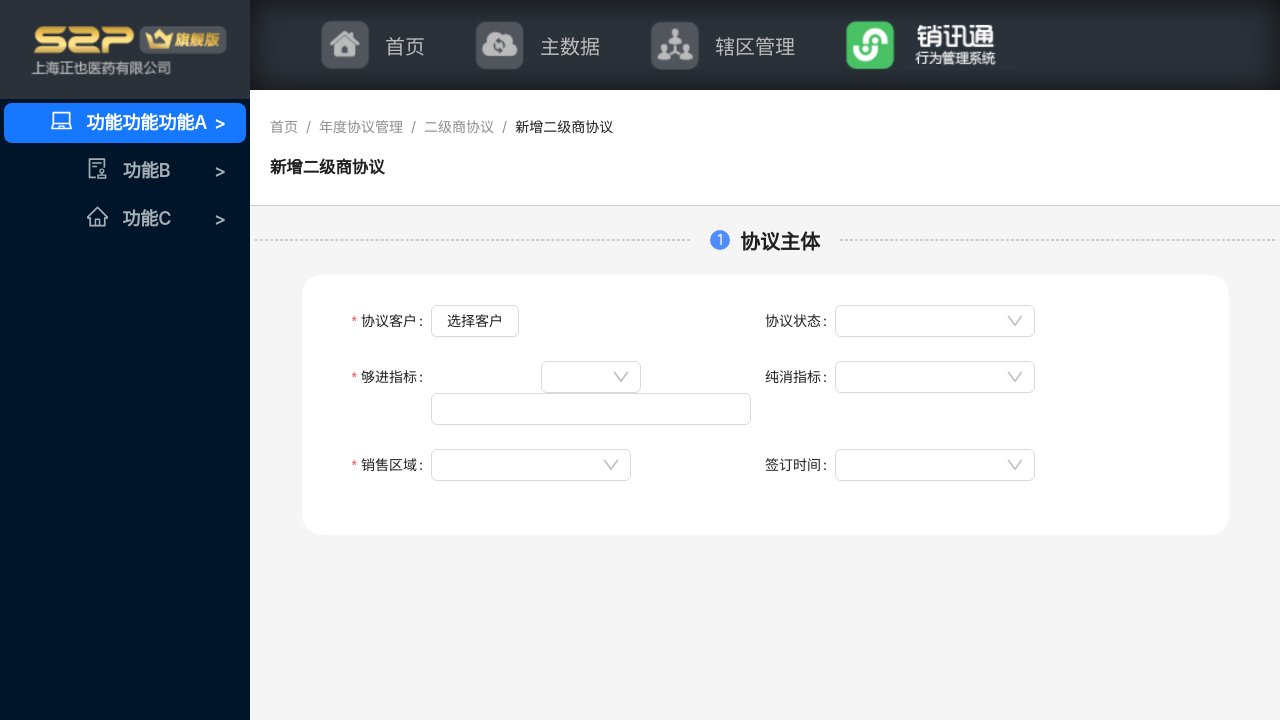
Repository: XiChips/questionB
Page: /
These files come from the project's save history. The page is drawn as it stood at one moment and after the next save; the edit follows.
The browser window is 1280 px wide. The pictures show the whole page.
The project was rebuilt for these pictures with package versions that can differ from the ones it lists, and the page was loaded fresh each time. Also part of the build but not shown: vue.config.js.

Above is the page before, as saved 2024-02-28 12:09:06.

### src/main.js
import { createApp } from 'vue'
import App from './App.vue'
import router from './router'
import store from './store'
import { setupAntd } from './ant-design-vue/index'
import { message } from "ant-design-vue";
import './assets/css/index.css'
// import axios from "axios";
// moment.locale('zh-cn')
const app = createApp(App)
setupAntd(app)
// app.use(Button).use(Layout)
app.use(store).use(router).mount('#app')



// app.config.globalProperties.$axios = axios
app.config.globalProperties.$message = message

### src/router/index.js
import { createRouter, createWebHashHistory } from 'vue-router'

const routes = [
  {
    path: '/',
    name: 'home',
    component: () => import('../views/home.vue')
  },
  {
    path: '/about',
    name: 'about',

    component: () => import('../views/AboutView.vue')
  }
]

const router = createRouter({
  history: createWebHashHistory(),
  routes
})

export default router

### src/ant-design-vue/index.js
import { Button, Layout, Image, Form, Checkbox,Radio, Input, Popover, Menu, Drawer, Breadcrumb, Typography, message, Divider, Table, DatePicker, Popconfirm, Space, InputNumber, Select, PageHeader, Steps, Statistic, Transfer, Upload, Switch, Modal, Tabs } from 'ant-design-vue';

// import 'ant-design-vue/dist/antd.min.css'

const components = [
    Button,
    Layout,
    Form,
    Input,
    Menu,
    Breadcrumb,
    Table,
    Popconfirm,
    Select,
    PageHeader,
    Steps,
    Transfer,
    Upload,
    Switch,
    Modal,
    Tabs,
    Statistic,
    InputNumber,
    Space,
    DatePicker,
    Divider,
    Image,
    Typography,
    Drawer,
    Popover,
    Radio,
    Checkbox
]

export function setupAntd(app) {
    components.forEach(component => {
        app.use(component)
    })
    app.config.globalProperties.$message = message
}

### src/assets/css/index.css
body {
    margin: 0;
}

.logo img {
    width: 100%;
}

:where(.css-dev-only-do-not-override-1hsjdkk).ant-menu-dark {
    background-color: rgb(42, 49, 57);
}

.ant-menu .anticon {
    margin-right: 10px;
    font-size   : 18px;
}


.ant-upload-select-picture-card i {
    font-size: 32px;
    color    : #999;
}

.ant-upload-select-picture-card .ant-upload-text {
    margin-top: 8px;
    color     : #666;
}

.ant-upload-list-picture-card .ant-upload-list-item:hover .ant-upload-list-item-info:before {
    left: 0;
}

.ant-page-header {
    background: #fff;
}

.ant-page-header.has-breadcrumb {
    padding: 5px 24px;
}

.ant-menu {
    font-size  : 18px;
    font-weight: 600;
}

.ant-tabs-tab span {
    color      : #000;
    font-weight: bold;
    display    : inline-block;
}


.ant-upload-list-picture-card .ant-upload-list-item-info:before {
    left: 0
}

hr {
    width       : 90%;
    margin      : 0 auto;
    border-color: #99999910;
}

.title {
    background-color: rgb(42, 49, 57);
    display         : flex;
    height          : fit-content;
    padding         : 20px 70px;
    color           : rgb(187, 187, 187);
    box-shadow      : inset 0px 0 30px #111;
}

.title>div {
    margin-right: 50px;
    font-size   : 20px;
}

.title img {
    width         : 50px;
    height        : 50px;
    margin-right  : 15px;
    vertical-align: middle;
}

.title span {
    display         : inline-block;
    vertical-align  : middle;
    /* margin-bottom: 5px; */
}

:where(.css-dev-only-do-not-override-1hsjdkk).ant-menu-inline.ant-menu-root .ant-menu-item>.ant-menu-title-content,
:where(.css-dev-only-do-not-override-1hsjdkk).ant-menu-inline.ant-menu-root .ant-menu-submenu-title>.ant-menu-title-content {
    flex: none;
}

.anticon svg {
    width : 1.5em;
    height: 1.5em;
}

.title2 {
    display        : flex;
    justify-content: space-between;
    align-items    : center;
}

.title2>div {
    width: 300px;
}

.title2 hr {
    height: 1px;
    border: 1px dashed #ccc;
    margin: 0 5px;
}

.title2 span {
    display         : inline-block;
    width           : 20px;
    height          : 20px;
    line-height     : 20px;
    background-color: rgb(79, 140, 255);
    color           : #fff;
    border-radius   : 50%;
    margin-right    : 10px;
    vertical-align  : middle;
}


.title2 p {
    display       : inline-block;
    font-size     : 20px;
    vertical-align: middle;
    font-weight   : bold;
}

.area {
    background-color: #fff;
    border-radius   : 20px;
    width           : 90%;
    margin          : 0 auto;
    padding         : 30px 50px;
}

.line2 {
    display        : flex;
    justify-content: space-between;
}

.line2>div {
    width: 50%;
}

.area .ant-form-item-control-input {
    width: 25vw;
}

.ant-form-item-control-input-content {
    flex: none !important;
}

### src/views/home.vue
<template>
  <a-layout>
    <a-layout>
      <a-layout-sider width="250">
        <a-menu theme="dark" v-model:selectedKeys="selectedKeys" v-model:openKeys="openKeys" mode="inline" :style="{ height: '100%', borderRight: 0 }">
          <div class="logo">
            <img src="../assets/images/logo.png" alt="">
          </div>
          <!-- <hr /> -->

          <div v-for="(item, i) in links" style="display: flex;justify-content: space-between;">
            <a-menu-item v-if="item.children == undefined" :key="`item${i}_0`" @click="changeTab(item.name)">
              <LaptopOutlined v-if="item.name == '功能功能功能A'" />
              <AuditOutlined v-if="item.name == '功能B'" />
              <HomeOutlined v-if="item.name == '功能C'" />
              {{ item.name }}
              <span style="position: absolute;right: 20px;">{{ ">" }}</span>
            </a-menu-item>

          </div>
        </a-menu>
      </a-layout-sider>
      <a-layout style="padding: 0px 0px 24px" theme="dark">
        <a-layout-content :style="{ background: 'rgb(245,245,245)', padding: '0px', margin: 0, minHeight: '280px', }">

          <div class="title">
            <div><img src="../assets/images/icon1.png" alt=""><span>首页</span></div>
            <div><img src="../assets/images/icon2.png" alt=""><span>主数据</span></div>
            <div><img src="../assets/images/icon3.png" alt=""><span>辖区管理</span></div>
            <div><img src="../assets/images/icon4.png" alt=""><img src="../assets/images/text.png" style="width: auto;margin-left: -5px;" alt=""></div>
          </div>
          <div style="padding: 10px 20px;background-color: rgb(255,255,255);border-bottom: 1px solid #ccc;">
            <a-breadcrumb :style="{ margin: '36px 20px' }">
              <a-breadcrumb-item>首页</a-breadcrumb-item>
              <a-breadcrumb-item>年度协议管理</a-breadcrumb-item>
              <a-breadcrumb-item>二级商协议</a-breadcrumb-item>
              <a-breadcrumb-item>新增二级商协议</a-breadcrumb-item>
            </a-breadcrumb>
            <h3 style="text-align: left;">
              新增二级商协议
            </h3>
          </div>
          <div class="content">
            <div class="title2">
              <hr>
              <div>
                <span>1</span>
                <p>协议主体</p>
              </div>
              <hr>
            </div>
            <div class="area">
              <a-form :model="formState" autocomplete="off" @finish="onFinish" @finishFailed="onFinishFailed">
                <div class="line2">

                  <a-form-item label="协议客户" :rules="[{ required: true}]">
                    <a-button v-if="visible" @click="selectCustom">选择客户</a-button>
                    <a-select v-if="!visible" v-model:value="inputs.value1" show-search placeholder="" style="width: 200px" :options="options" :filter-option="filterOption" @focus="handleFocus" @blur="handleBlur" @change="changeCustom"></a-select>
                    <span style="margin-left: 20px;">{{ inputs.value1 }}</span>
                  </a-form-item>
                  <a-form-item label="协议状态">
                    <a-select v-model:value="inputs.value2" placeholder="" style="width: 200px" :options="options2" :filter-option="filterOption" @focus="handleFocus" @blur="handleBlur" @change="handleChange"></a-select>
                  </a-form-item>
                </div>
                <div class="line2">
                  <a-form-item label="够进指标" :rules="[{ required: true}]">
                    <a-select v-model:value="inputs.value3" show-search placeholder="" style="width: 100px" :options="options3" :filter-option="filterOption" @focus="handleFocus" @blur="handleBlur" @change="handleChange"></a-select>
                    <a-input v-model:value="inputs.value3"></a-input>
                  </a-form-item>
                  <a-form-item label="纯消指标">
                    <a-select v-model:value="value" placeholder="" style="width: 200px" :options="options2" :filter-option="filterOption" @focus="handleFocus" @blur="handleBlur" @change="handleChange"></a-select>
                  </a-form-item>
                </div>
                <div class="line2">
                  <a-form-item label="销售区域" :rules="[{ required: true}]">
                    <a-select v-model:value="value" show-search placeholder="" style="width: 200px" :options="options" :filter-option="filterOption" @focus="handleFocus" @blur="handleBlur" @change="handleChange"></a-select>
                  </a-form-item>
                  <a-form-item label="签订时间">
                    <a-select v-model:value="value" placeholder="" style="width: 200px" :options="options2" :filter-option="filterOption" @focus="handleFocus" @blur="handleBlur" @change="handleChange"></a-select>
                  </a-form-item>
                </div>
              </a-form>

            </div>
          </div>
          <!-- <router-view v-else></router-view> -->
        </a-layout-content>
      </a-layout>

    </a-layout>
  </a-layout>
</template>
<script>
import {
  UserOutlined,
  LaptopOutlined,
  NotificationOutlined,
  HomeOutlined,
  TeamOutlined,
  DesktopOutlined,
  BarChartOutlined,
  ContactsOutlined,
  AuditOutlined,
  ScheduleOutlined,
  ToolOutlined,
  FundProjectionScreenOutlined,
  UserSwitchOutlined,
  TransactionOutlined,
} from "@ant-design/icons-vue";
import { defineComponent, ref } from "vue";

export default defineComponent({
  components: {
    UserOutlined,
    LaptopOutlined,
    NotificationOutlined,
    HomeOutlined,
    TeamOutlined,
    DesktopOutlined,
    BarChartOutlined,
    ContactsOutlined,
    AuditOutlined,
    ScheduleOutlined,
    ToolOutlined,
    FundProjectionScreenOutlined,
    UserSwitchOutlined,
    TransactionOutlined,
  },
  name: "home",
  data() {
    return {
      activeKey: 0,
      formState: {
        username: "",
        password: "",
      },
      inputs: {
        value1: "",
        value2: "",
        value3: "",
        value4: "",
      },
      visible: true,
      links: [
        {
          name: "功能功能功能A",
        },
        {
          name: "功能B",
        },
        {
          name: "功能C",
        },
      ],
      options: [{ value: "上海正也医药有限公司", id: "上海正也医药有限公司" }],
      options2: [{ value: "正常", id: "正常" }, { value: "异常", id: "异常" }],
      options2: [{ value: "金额", id: "金额" }, { value: "金额", id: "金额" }],
      pages: [{ name: "首页", link: "/" }],
      routes: [],
    };
  },
  setup() {
    return {
      selectedKeys: ref(["item0_0"]),
      collapsed: ref(false),
      openKeys: ref(["title1"]),
      basePath: "/index",
    };
  },
  methods: {
    changeTab() {

    },
    selectCustom() {
      this.visible = false
    },
    changeCustom() {
      this.visible = true
    },
  },
  created() { },
  beforeMounte() { },
  mounted() {

  },
  watch: {
    $route(to, from) {
      // console.log(from.path);//从哪来
      // console.log(to.path);//到哪去
    },
  },
});
</script>
<style>
#components-layout-demo-top-side-2 .logo {
  float: left;
  width: 120px;
  height: 31px;
  margin: 16px 24px 16px 0;
  background: rgba(255, 255, 255, 0.3);
}

.ant-row-rtl #components-layout-demo-top-side-2 .logo {
  float: right;
  margin: 16px 0 16px 24px;
}

.site-layout-background {
  background: #fff;
}

.ant-layout {
  height: 100vh;
}
.ant-breadcrumb {
  margin: 16px 0 !important;
}
</style>

Loaded but not shown: public/index.html (common file); src/App.vue (common file); src/store/index.js (common file)

After the next save:
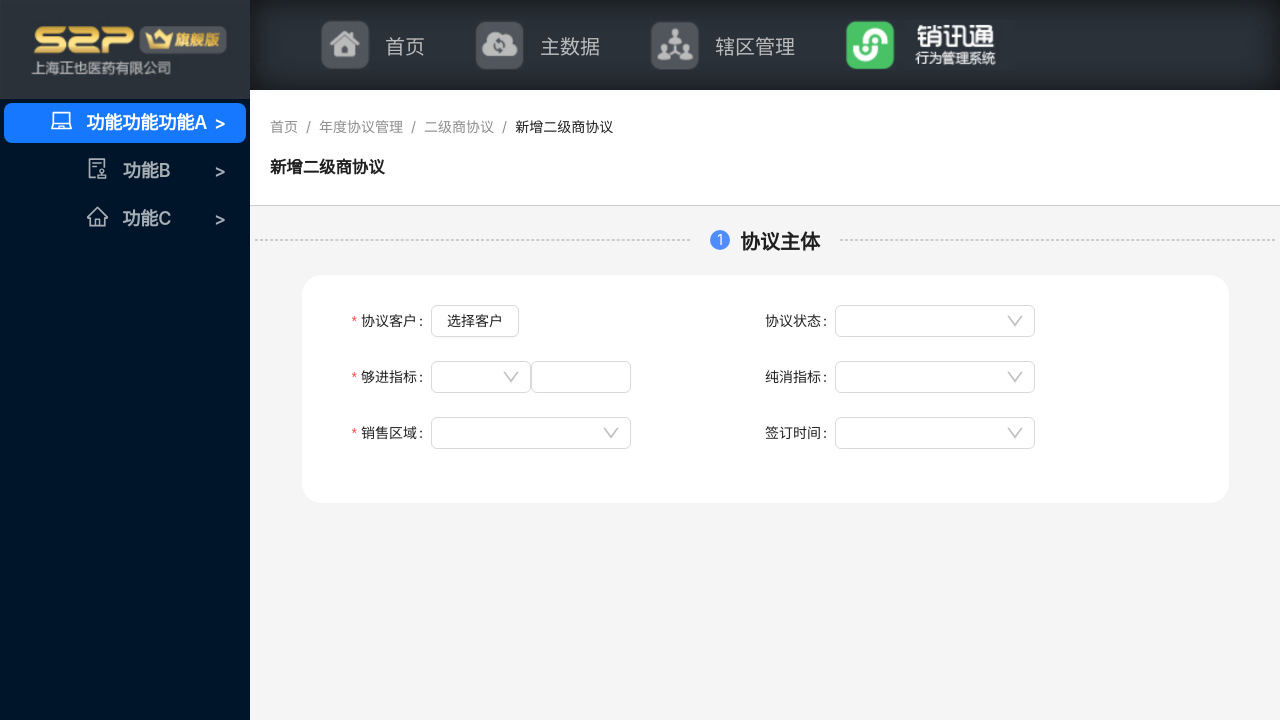
Saved 17 s later.
--- a/src/views/home.vue
+++ b/src/views/home.vue
@@ -65,7 +65,7 @@
                 <div class="line2">
                   <a-form-item label="够进指标" :rules="[{ required: true}]">
                     <a-select v-model:value="inputs.value3" show-search placeholder="" style="width: 100px" :options="options3" :filter-option="filterOption" @focus="handleFocus" @blur="handleBlur" @change="handleChange"></a-select>
-                    <a-input v-model:value="inputs.value3"></a-input>
+                    <a-input v-model:value="inputs.value3"  style="width: 100px"></a-input>
                   </a-form-item>
                   <a-form-item label="纯消指标">
                     <a-select v-model:value="value" placeholder="" style="width: 200px" :options="options2" :filter-option="filterOption" @focus="handleFocus" @blur="handleBlur" @change="handleChange"></a-select>
